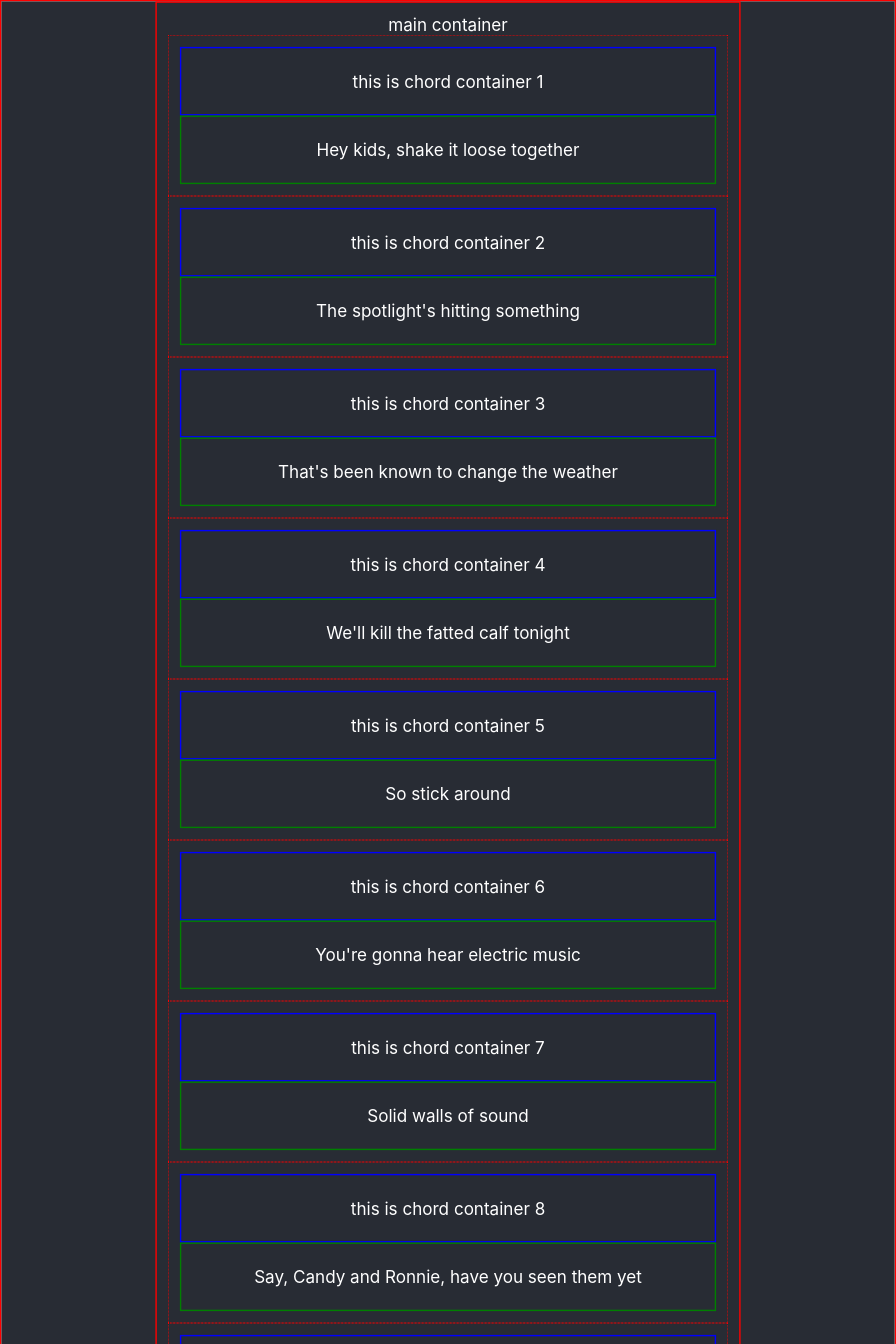
Repository: mattnoth/easy-nash-tab
Page: /
An editor plug-in stored every save of this project. The page is shown before and after the next save, followed by the edit.
The browser window is 1280 px wide. The pictures show the part of the page from y = 0 to 1920 px (the page is 10190 px tall before and 8694 px after), at 70% of full size.
The project was rebuilt for these pictures with package versions that can differ from the ones it lists, and the page was loaded fresh each time.

Above is the page before, as saved 2022-08-06 17:28:21.

After the next save:
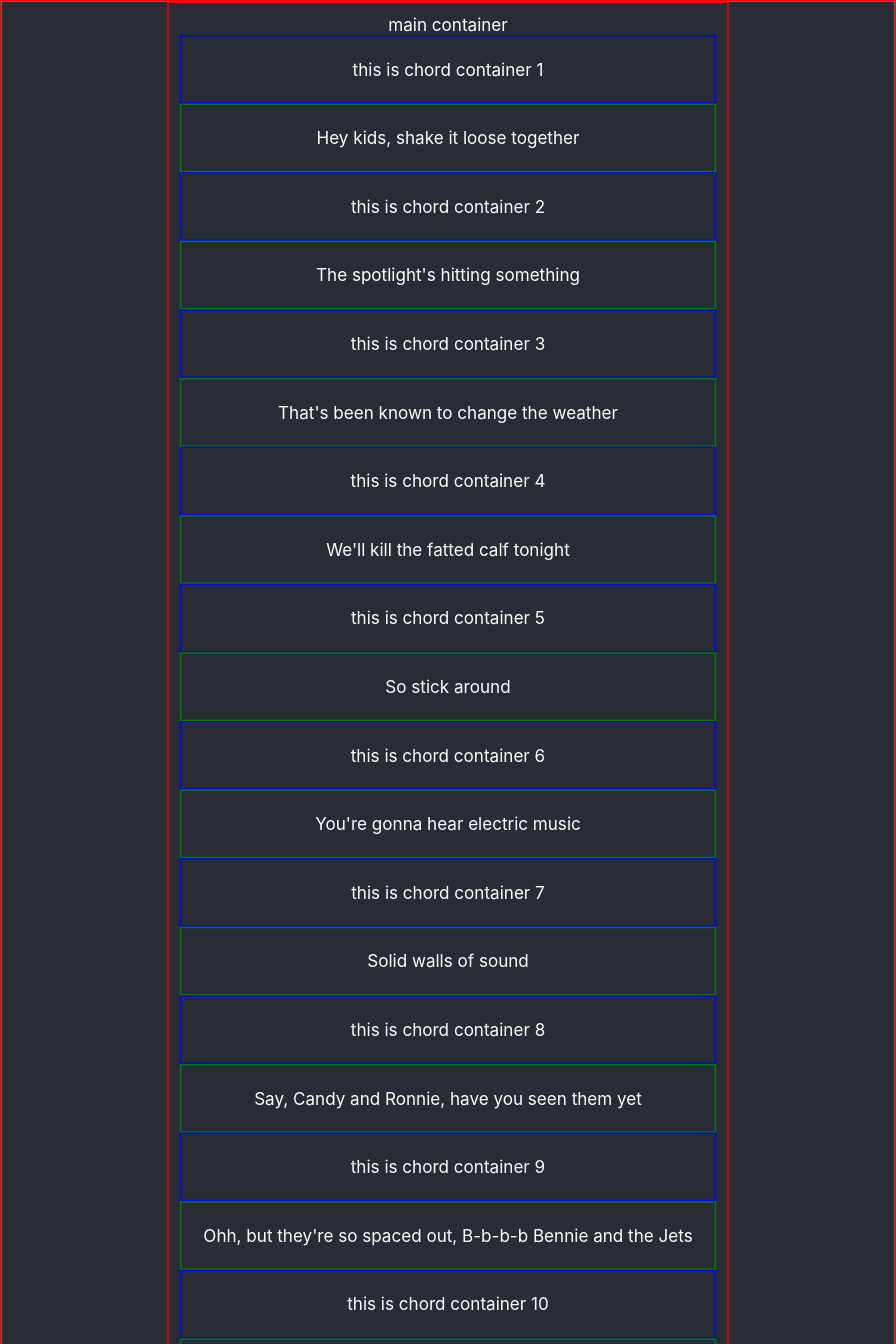
Saved 20 h 50 min later.
--- a/src/components/MainContainers/Main.js
+++ b/src/components/MainContainers/Main.js
@@ -5,14 +5,14 @@
 
 function Main({ line }) {
     return (
-        <div className="oneLine">
+        <>
             <ChordContainer
                 line={line}
 
             />
             <LyricContainer
                 line={line} />
-        </div>
+        </>
     );
 }
 

After the save that followed:
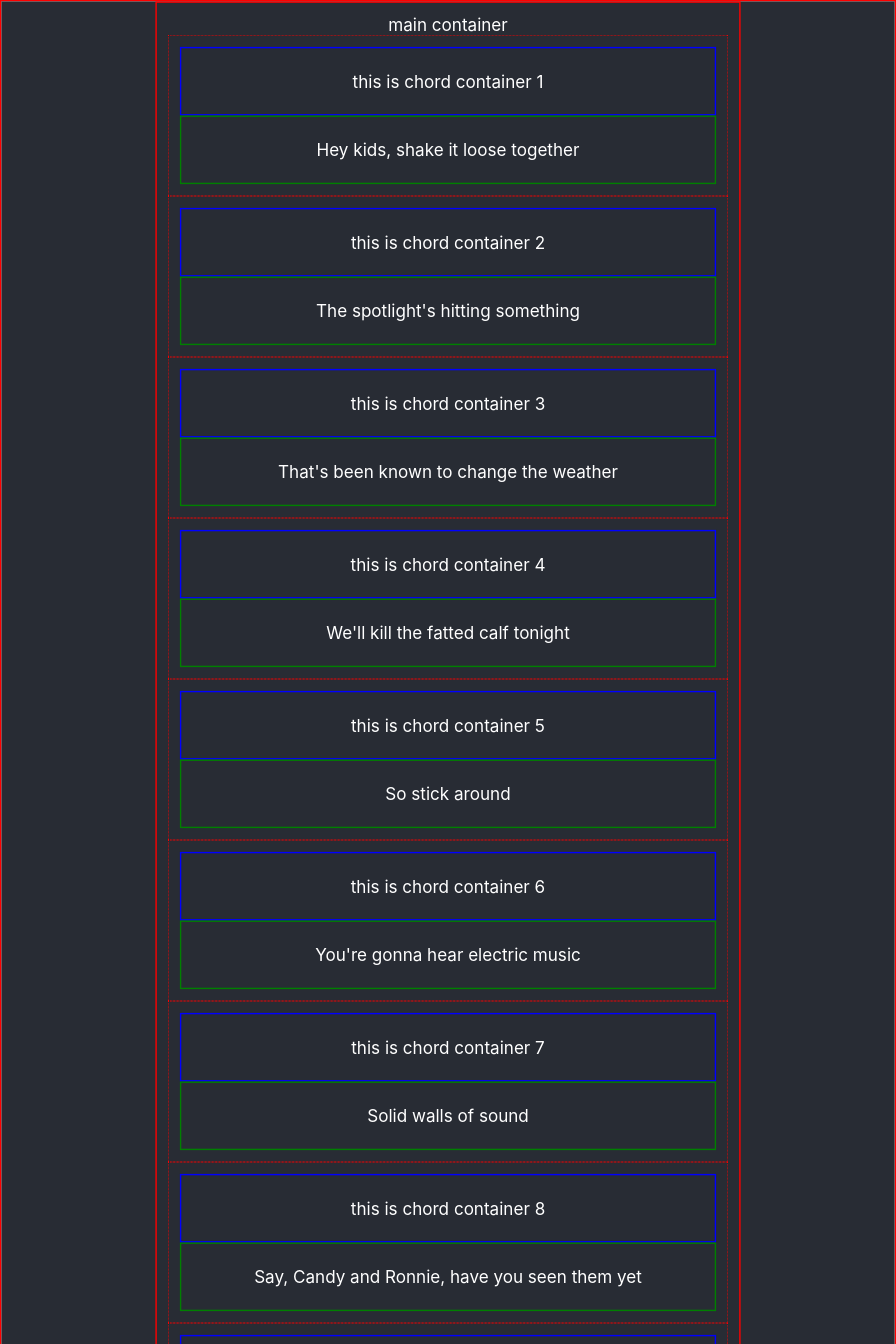
Saved 1 s later.
--- a/src/components/MainContainers/MainContainerLogic.js
+++ b/src/components/MainContainers/MainContainerLogic.js
@@ -65,7 +65,7 @@
                             return
                         } else {
                             return (
-                                <div key={"div " + line?.currentId}>
+                                <div className="oneLine" key={"div " + line?.currentId}>
                                     <Main
                                         line={line}
                                         key={"main " + line?.currentId}
